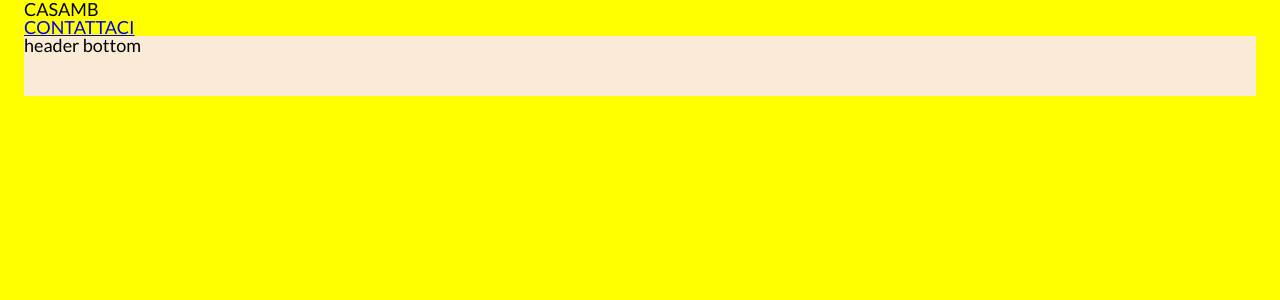
Repository: nicolorz/casamb
Page: /
An editor plug-in stored every save of this project. The page is shown before and after the next save, followed by the edit.
The browser window is 1280 px wide. The pictures show the whole page.
The project was rebuilt for these pictures with package versions that can differ from the ones it lists, and the page was loaded fresh each time. Also part of the build but not shown: src/index.css, src/App.css.

Above is the page before, as saved 2023-07-18 17:25:27.

### src/index.js
import React from 'react';
import ReactDOM from 'react-dom/client';
import './index.css';
import './assets/css/reset.css'
import './assets/css/style.css'
import App from './App';
import reportWebVitals from './reportWebVitals';

const root = ReactDOM.createRoot(document.getElementById('root'));
root.render(
  <React.StrictMode>
    <App />
  </React.StrictMode>
);

// If you want to start measuring performance in your app, pass a function
// to log results (for example: reportWebVitals(console.log))
// or send to an analytics endpoint. Learn more: https://bit.ly/CRA-vitals
reportWebVitals();

### src/assets/css/style.css
@import url('https://fonts.googleapis.com/css2?family=Lato:ital,wght@0,300;0,400;0,700;1,300;1,400;1,700&display=swap');

html, body {
  margin: 0;
  padding: 0;
  font-size: 18px;
  font-family: 'Lato', sans-serif;
}

.main-wrapper {
  width: 100vw;
  height: 100vh;
  background-color: yellow;
/*   display: flex;
  flex-flow: row nowrap; */
}

/* .sidebar {
  flex: 1;
  background-color: #f6f6f6;
  display: flex;
  flex-flow: column nowrap;
}

.card-wrapper {
  flex: 4;
  padding: 1rem;
  box-sizing: border-box;
  background-color: #EFF8FF;
  border: 1px solid #62A1FF;
  display: flex;
  flex-flow: row nowrap;
  align-items: flex-start;
  gap: 1rem;
}

.footer, .area-buttons {
  width: 100%;
  padding: 1rem;
  box-sizing: border-box;
  background-color: #EFF8FF;
  border: 1px solid #62A1FF;
}

.foooter {
  flex: 0 1 auto;
}

.area-buttons {
  flex: 1 0 auto;
}

.area-buttons {
  display: flex;
  flex-flow: column nowrap;
  gap: 0.5rem;
}

.area-buttons > button {
  align-self: flex-start;
}

.card {
  flex: 0 1 33%;
  padding: 1rem;
  background-color: #62A1FF;
  /* align-self: flex-start;
}

.card > img {
  width: 100%;
} */

### src/App.js
import logo from './logo.svg';
import './App.css';
import  {Header} from './components/HeaderWrapper/HeaderWrapper';

function App() {

  return (
    <div className="main-wrapper">
      <Header />
    </div>
  );
}

export default App;

### src/components/HeaderWrapper/HeaderWrapper.js
import './Header.css'
import { HeaderBottom } from './HeaderBottom'
import { HeaderTop } from './HeaderTop'

export const Header = () => {
    return <div className="header">
        <HeaderTop />
        <HeaderBottom />
    </div>
}

### src/components/HeaderWrapper/Header.css
.header {
    padding: 0 24px;
}

.header-top {
    width: 100%;
}

.header-bottom {
    width: 100%;
    height: 60px;
    background-color: antiquewhite;
}

### src/components/HeaderWrapper/HeaderBottom.js
export const HeaderBottom = () => {
    return (
        <div className="header-bottom">header bottom</div>
    )
}

### src/components/HeaderWrapper/HeaderTop.js
export const HeaderTop = () => {
    return <div className="header-top">
        <div className="header-top_logo">CASAMB</div>
        <a href="*" target="_self">CONTATTACI</a>
    </div>
}

Loaded but not shown: public/index.html (common file); src/assets/css/reset.css (common file); src/reportWebVitals.js (common file)

After the next save:
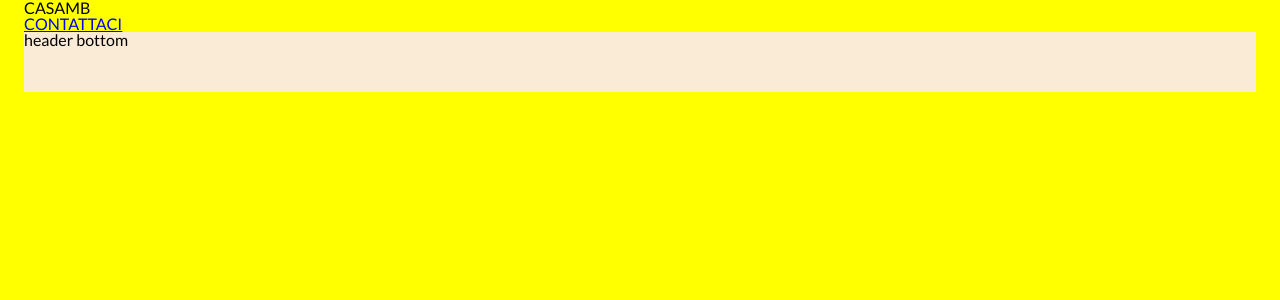
Saved 77 s later.
--- a/src/assets/css/style.css
+++ b/src/assets/css/style.css
@@ -3,7 +3,7 @@
 html, body {
   margin: 0;
   padding: 0;
-  font-size: 18px;
+  font-size: 16px;
   font-family: 'Lato', sans-serif;
 }
 
